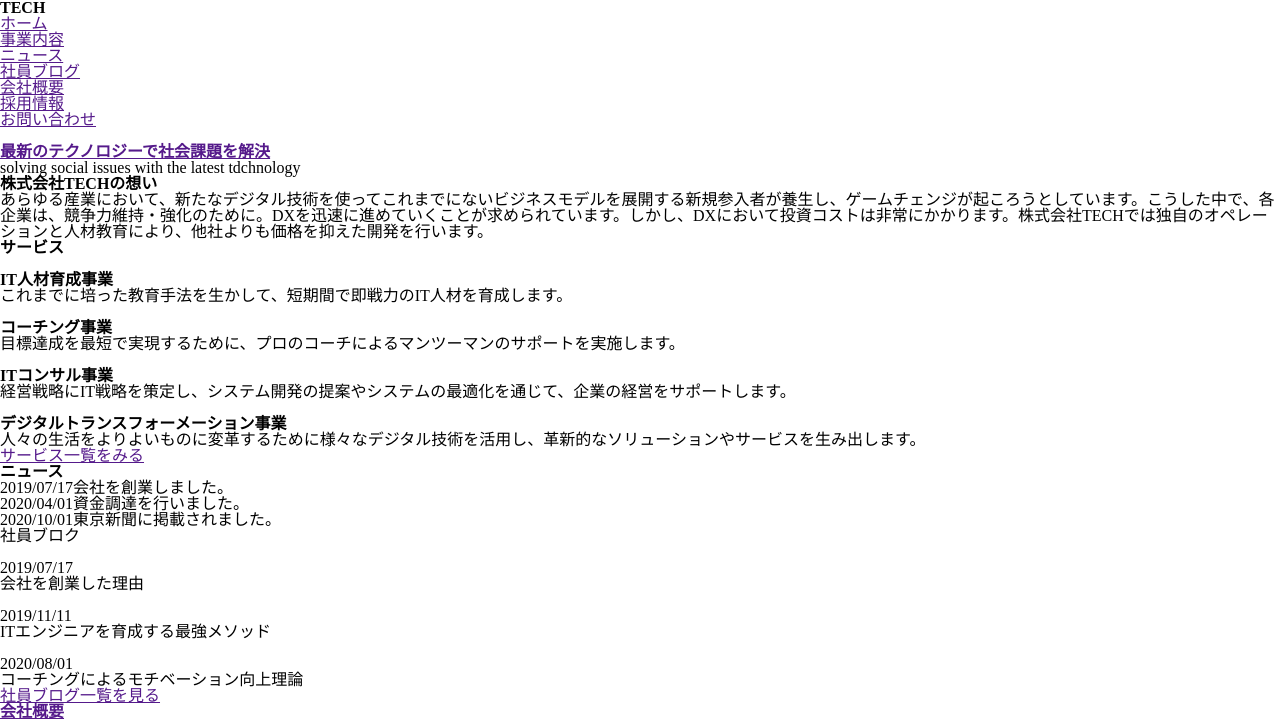
Repository: masanarimiura/20220516_miura
Page: index.html
These files come from the project's save history. The page is drawn as it stood at one moment and after the next save; the edit follows.
The browser window is 1280 px wide. The pictures show the whole page.

Above is the page before, as saved 2022-05-13 15:36:35.

### index.html
<!DOCTYPE html>
<html lang="ja">

<head>
  <meta charset="UTF-8">
  <meta http-equiv="X-UA-Compatible" content="IE=edge">
  <meta name="viewport" content="width=device-width, initial-scale=1.0">
  <title>Document</title>
  <link rel="stylesheet" href="css/reset.css">
  <link rel="stylesheet" href="css/index.css">
</head>

<body>

  <header class="header">
    <h2 class="header__ttl">TECH</h2>
    <nav class="header__nav">
      <ul>
        <li><a href="" class="header__nav__item1">ホーム</a></li>
        <li><a href="" class="header__nav__item2">事業内容</a></li>
        <li><a href="" class="header__nav__item3">ニュース</a></li>
        <li><a href="" class="header__nav__item4">社員ブログ</a></li>
        <li><a href="" class="header__nav__item5">会社概要</a></li>
        <li><a href="" class="header__nav__item6">採用情報</a></li>
        <li><a href="" class="header__nav__item7">お問い合わせ</a></li>
      </ul>
    </nav>
  </header>

  <div class="eyecatch">
    <img src="" alt="" class="eyecatch__img">
    <div class="eyecatch__content">
      <h2 class="eyecatch__content__ttl"><a href="" class="link">最新のテクノロジーで社会課題を解決</a></h2>
      <p class="eyecatch__content__ttl">solving social issues with the latest tdchnology</p>
    </div>
  </div>

  <div class="message">
    <h1 class="message__ttl">株式会社TECHの想い</h1>
    <p class="message__txt">
      あらゆる産業において、新たなデジタル技術を使ってこれまでにないビジネスモデルを展開する新規参入者が養生し、ゲームチェンジが起ころうとしています。こうした中で、各企業は、競争力維持・強化のために。DXを迅速に進めていくことが求められています。しかし、DXにおいて投資コストは非常にかかります。株式会社TECHでは独自のオペレーションと人材教育により、他社よりも価格を抑えた開発を行います。
    </p>
  </div>

  <div class="service">
    <h2 class="service__ttl">サービス</h2>
    <div class="service__inner">
      <div class="service__box1">
        <img src="" alt="" class="service__box__img">
        <h3 class="service__box__ttl">IT人材育成事業</h3>
        <p class="service__box__txt">これまでに培った教育手法を生かして、短期間で即戦力のIT人材を育成します。</p>
      </div>
      <div class="service__box2">
        <img src="" alt="" class="service__box__img">
        <h3 class="service__box__ttl">コーチング事業</h3>
        <p class="service__box__txt">目標達成を最短で実現するために、プロのコーチによるマンツーマンのサポートを実施します。</p>
      </div>
      <div class="service__box3">
        <img src="" alt="" class="service__box__img">
        <h3 class="service__box__ttl">ITコンサル事業</h3>
        <p class="service__box__txt">経営戦略にIT戦略を策定し、システム開発の提案やシステムの最適化を通じて、企業の経営をサポートします。</p>
      </div>
      <div class="service__box4">
        <img src="" alt="" class="service__box__img">
        <h3 class="service__box__ttl">デジタルトランスフォーメーション事業</h3>
        <p class="service__box__txt">人々の生活をよりよいものに変革するために様々なデジタル技術を活用し、革新的なソリューションやサービスを生み出します。</p>
      </div>
    </div>
    <div class="service__link"><a href="" class="">サービス一覧をみる</a></div>
  </div>

  <div class="news">
    <div class="news__ttl">
      <h2 class="news__ttl-txt">ニュース</h2>
      <div class="news__ttl-link"><a href=""></a></div>
    </div>
    <div class="news__content">
      <ul class="news__content-inner">
        <li class="news__content-tpic1">
          <p><a herf="">2019/07/17<span>会社を創業しました。</span></a></p>
        </li>
        <li class="news__content-tpic2">
          <p><a herf="">2020/04/01<span>資金調達を行いました。</span></a></p>
        </li>
        <li class="news__content-tpic3">
          <p><a herf="">2020/10/01<span>東京新聞に掲載されました。</span></a></p>
        </li>
      </ul>
    </div>
  </div>

  <div class="blog">
    <h class="blog__ttl">社員ブロク</h>
    <div class="blog__inner">
      <div class="blog__box1">
        <a href=""><img src="" alt="" class="blog__img"></a>
        <p class="blog__date">2019/07/17</p>
        <p class="blog__txt">会社を創業した理由</p>
      </div>
      <div class="blog__box2">
        <a href=""><img src="" alt="" class="blog__img"></a>
        <p class="blog__date">2019/11/11</p>
        <p class="blog__txt">ITエンジニアを育成する最強メソッド</p>
      </div>
      <div class="blog__box3">
        <a href=""><img src="" alt="" class="blog__img"></a>
        <p class="blog__date">2020/08/01</p>
        <p class="blog__txt">コーチングによるモチベーション向上理論</p>
      </div>
    </div>
    <div class="blog__link"><a href="">社員ブログ一覧を見る</a></div>
  </div>

  <div class="info">
    <div class="info__company">
      <a href="">
        <h2 class="info__company__ttl">会社概要</h2 class=" info__company__ttl"></a>
    </div>
    <div class="info__recruit">
      <a href="">
        <h2 class="info__company__ttl"></h2>
      </a>
    </div>
  </div>



  <script src="js/main.js"></script>
</body>

</html>

### css/reset.css
/*
html5doctor.com Reset Stylesheet
v1.6.1
Last Updated: 2010-09-17
Author: Richard Clark - http://richclarkdesign.com
Twitter: @rich_clark
*/
html,
body,
div,
span,
object,
iframe,
h1,
h2,
h3,
h4,
h5,
h6,
p,
blockquote,
pre,
abbr,
address,
cite,
code,
del,
dfn,
em,
img,
ins,
kbd,
q,
samp,
small,
strong,
sub,
sup,
var,
b,
i,
dl,
dt,
dd,
ol,
ul,
li,
fieldset,
form,
label,
legend,
table,
caption,
tbody,
tfoot,
thead,
tr,
th,
td,
article,
aside,
canvas,
details,
figcaption,
figure,
footer,
header,
hgroup,
menu,
nav,
section,
summary,
time,
mark,
audio,
video {
  margin: 0;
  padding: 0;
  border: 0;
  outline: 0;
  font-size: 100%;
  vertical-align: baseline;
  background: transparent;
}

body {
  line-height: 1;
}

article,
aside,
details,
figcaption,
figure,
footer,
header,
hgroup,
menu,
nav,
section {
  display: block;
}

nav ul {
  list-style: none;
}

blockquote,
q {
  quotes: none;
}

blockquote:before,
blockquote:after,
q:before,
q:after {
  content: "";
  content: none;
}

a {
  margin: 0;
  padding: 0;
  font-size: 100%;
  vertical-align: baseline;
  background: transparent;
}

/* change colours to suit your needs */
ins {
  background-color: #ff9;
  color: #000;
  text-decoration: none;
}

/* change colours to suit your needs */
mark {
  background-color: #ff9;
  color: #000;
  font-style: italic;
  font-weight: bold;
}

del {
  text-decoration: line-through;
}

abbr[title],
dfn[title] {
  border-bottom: 1px dotted;
  cursor: help;
}

table {
  border-collapse: collapse;
  border-spacing: 0;
}

/* change border colour to suit your needs */
hr {
  display: block;
  height: 1px;
  border: 0;
  border-top: 1px solid #cccccc;
  margin: 1em 0;
  padding: 0;
}

input,
select {
  vertical-align: middle;
}

Loaded but not shown: css/index.css (no copy from this time; the picture is the same without it); js/main.js (no copy from this time; the picture is the same without it)

After the next save:
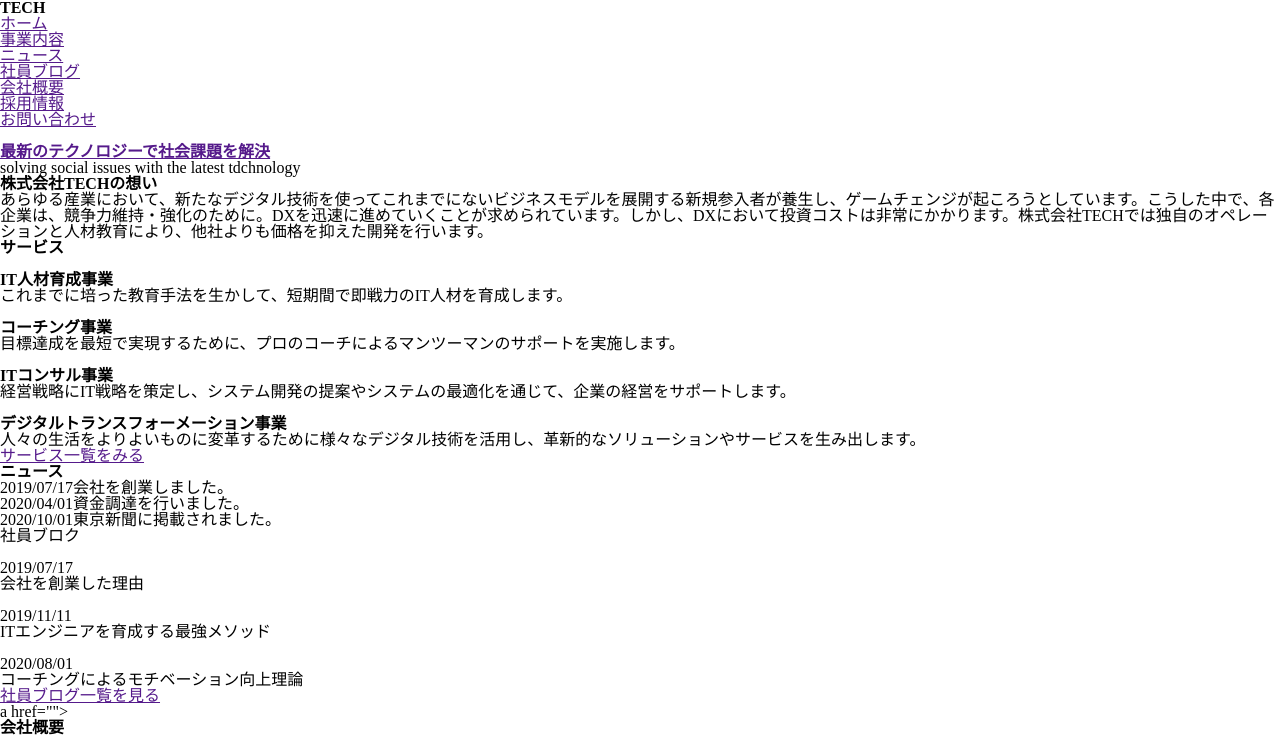
Saved 6 s later.
--- a/index.html
+++ b/index.html
@@ -112,8 +112,7 @@
   </div>
 
   <div class="info">
-    <div class="info__company">
-      <a href="">
+    <div class="info__company">a href="">
         <h2 class="info__company__ttl">会社概要</h2 class=" info__company__ttl"></a>
     </div>
     <div class="info__recruit">

After the save that followed:
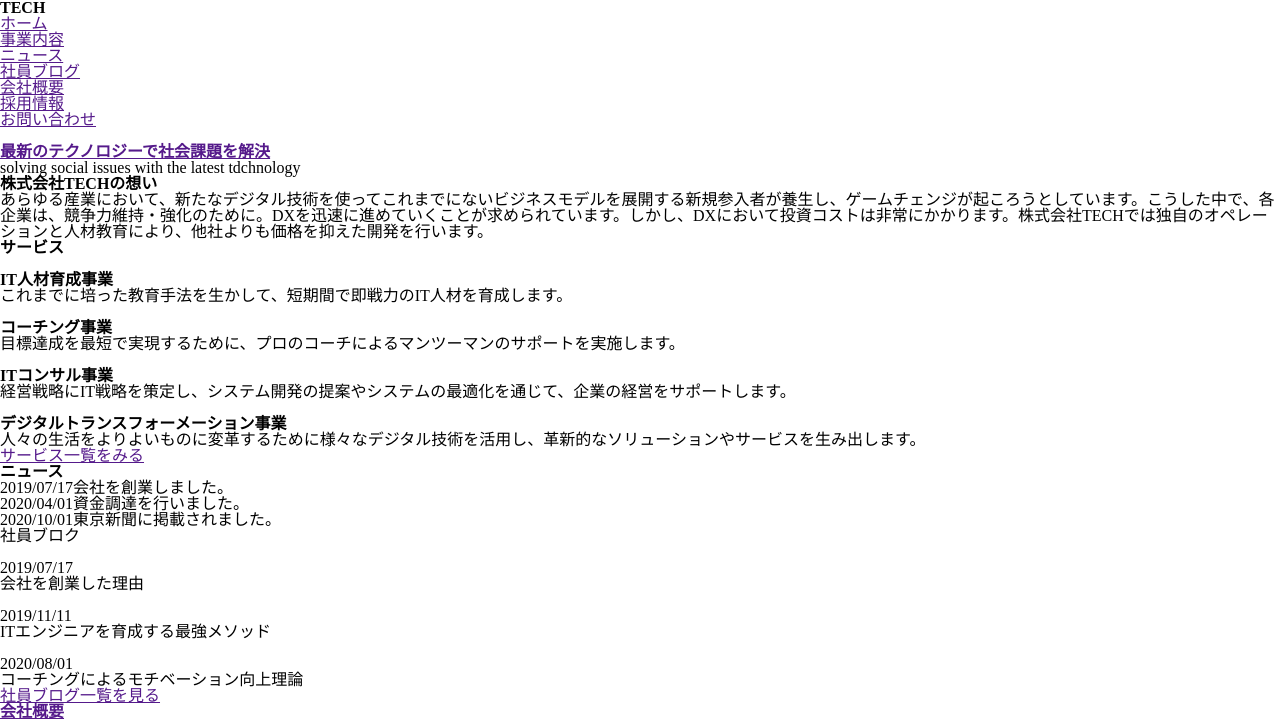
Saved 4 s later.
--- a/index.html
+++ b/index.html
@@ -112,7 +112,7 @@
   </div>
 
   <div class="info">
-    <div class="info__company">a href="">
+    <div class="info__company"><a href="">
         <h2 class="info__company__ttl">会社概要</h2 class=" info__company__ttl"></a>
     </div>
     <div class="info__recruit">
